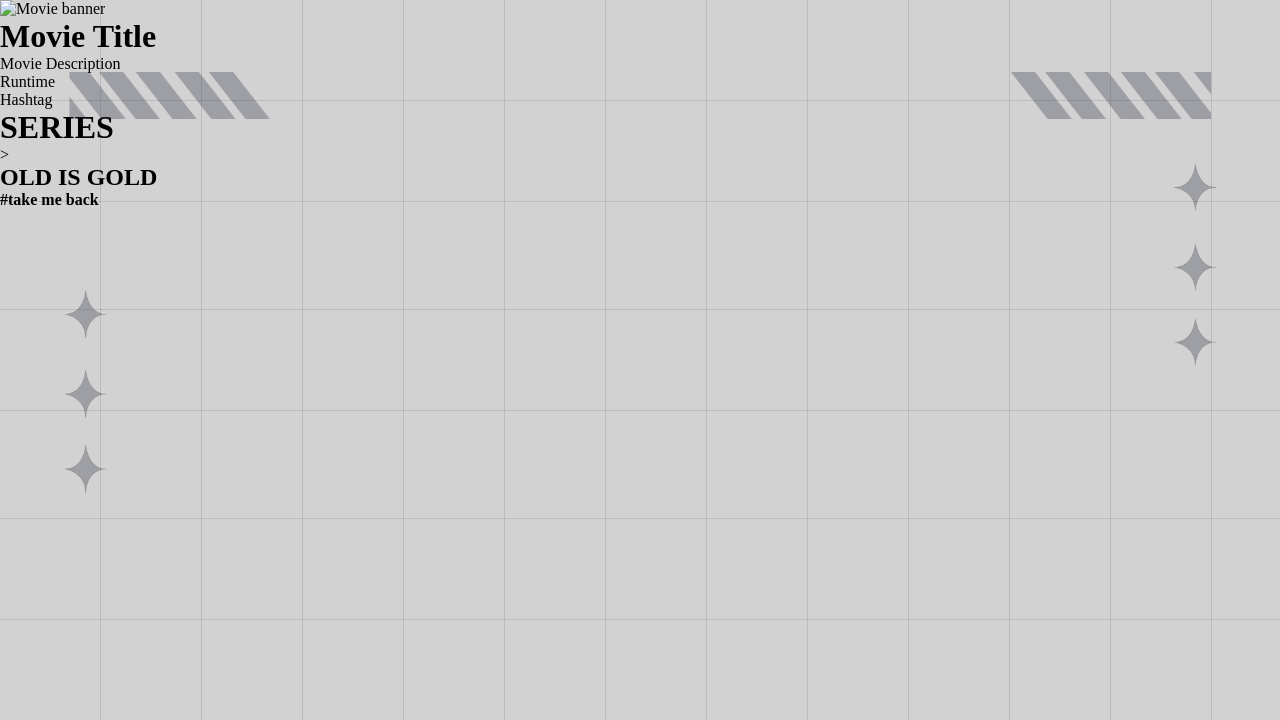
Repository: PEEZYBEE/phase-1-javascript-project-mode
Page: index.html
These files come from the project's save history. The page is drawn as it stood at one moment and after a run of saves; the edit follows.
The browser window is 1280 px wide. The pictures show the whole page.
Some web fonts or font styles are not loaded; a fallback is used.

Above is the page before, as saved 2025-03-25 19:32:53.

After the next 3 saves:
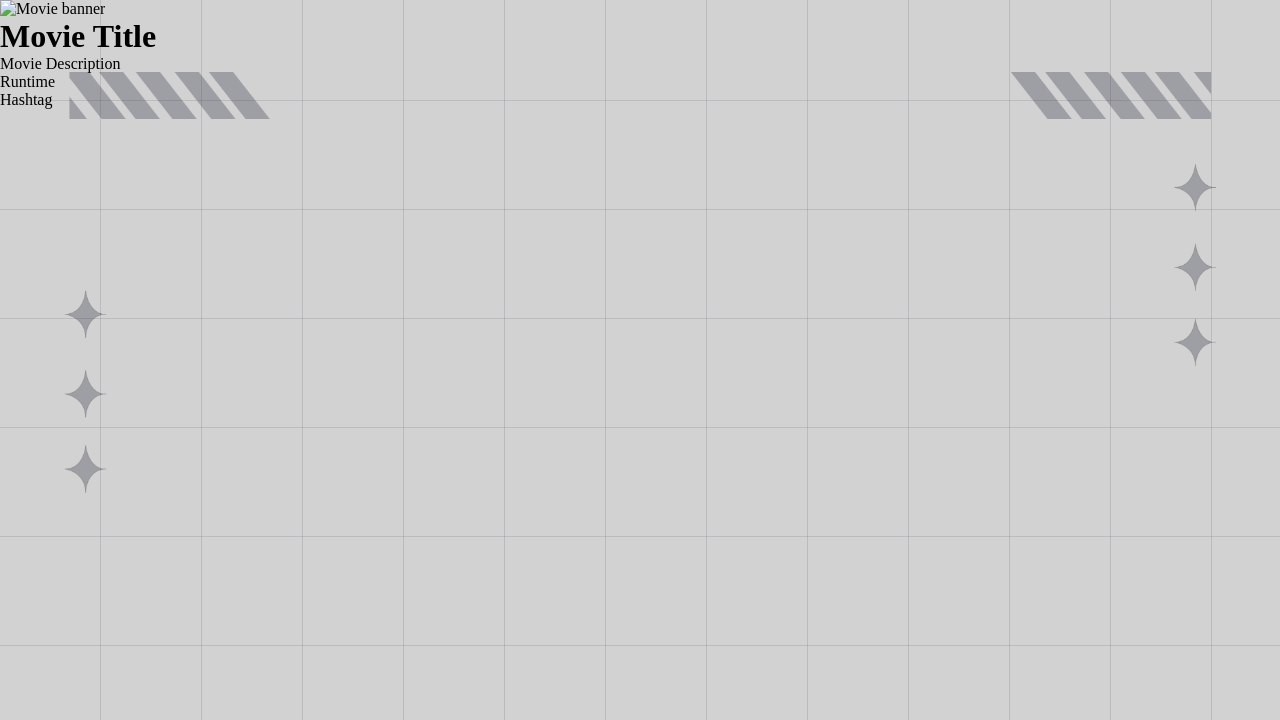
The 3 saves are shown as one change because they came seconds apart.
The last was saved 39 s later.
--- a/index.html
+++ b/index.html
@@ -71,7 +71,7 @@
              <div class="item" style="--position: 10"><img src="images/witcher.png" alt=""></div>
              <div class="item" style="--position: 2"><img src="images/fall.png" alt=""></div>
        </div>-->
-         <div class="content">
+         <!--<div class="content">
              <h1 data-content="SERIES">SERIES</h1>>
 
              <div class="author">
